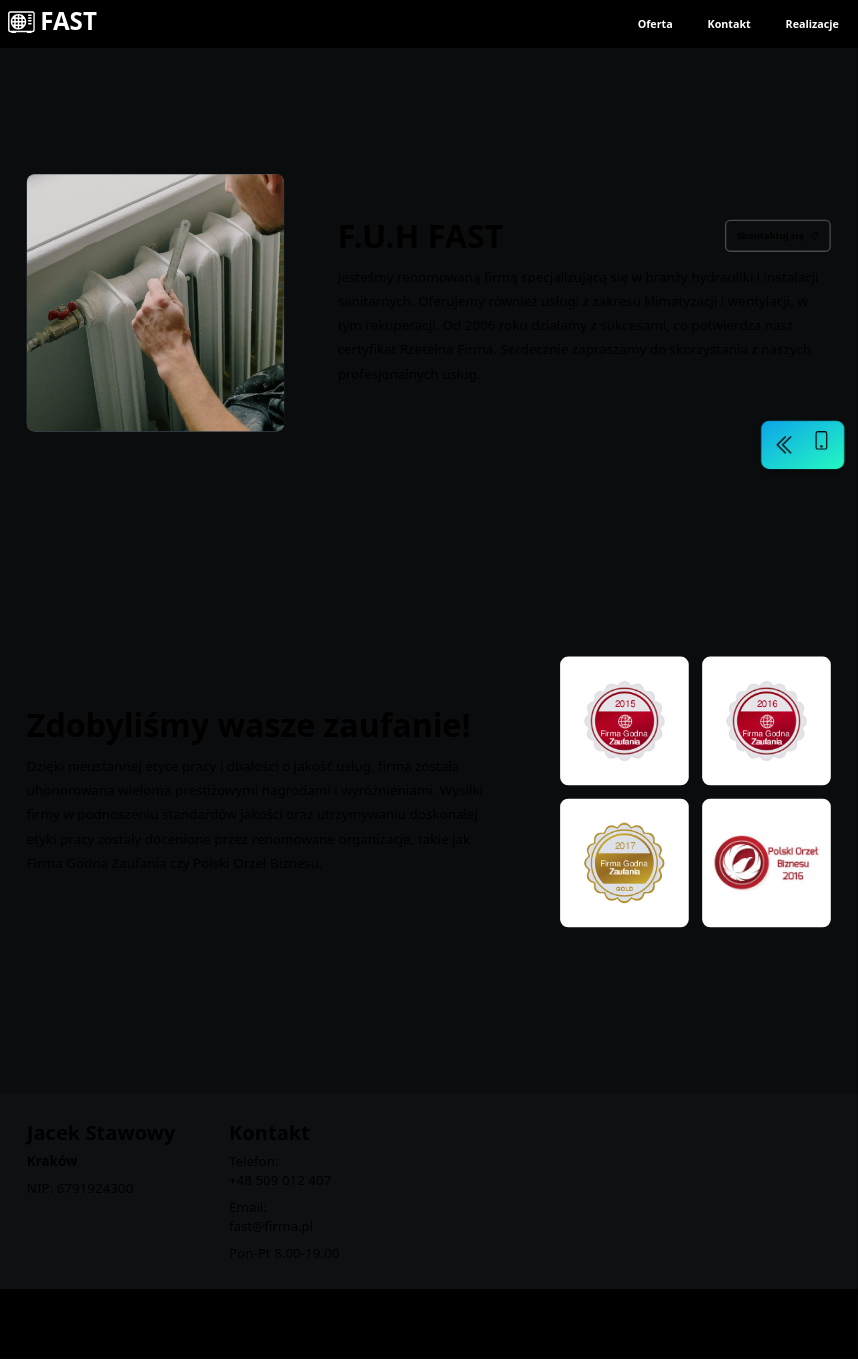
Repository: piotrokrutniak/Fast-CompanyWebsite
Page: /
The author's editor kept a copy of each file at every save. The page is drawn from the files as they stood at one save, then again after a run of saves.
The browser window is 1280 px wide. The pictures show the whole page, at 67% of full size.
The project was rebuilt for these pictures with package versions that can differ from the ones it lists, and the page was loaded fresh each time. The framework's server and built-in components were replaced by stand-ins that run in the browser. Also part of the build but not shown: next.config.js, src/app/components/common/carousel.js.

Above is the page before, as saved 2023-10-22 11:44:12.

### src/app/layout.js
import FootBar from './components/footbar/footbar'
import Navbar from './components/navbar/navbar'
import QuickContact from './components/quickContact'
import './globals.css'
import { Inter } from 'next/font/google'

const inter = Inter({ subsets: ['latin'] })

export const metadata = {
  title: 'Fast - Klimatyzacje Kraków',
  description: 'F.U.H. Fast Jacek Stawowy - Klimatyzacje',
}

export default function RootLayout({ children }) {
  return (
    <html lang="pl" className="!scroll-smooth">
      <body className='bg-black min-w-mobile overflow-x-clip'>
        <div className='bg-slate-500/10 min-h-screen relative'>
          <Navbar/>
          {children}
          <QuickContact/>
          <FootBar/>
        </div>
      </body>
    </html>
  )
}

### src/app/page.js
import Image from 'next/image'
import CarouselComponent from './components/common/carousel';
import ButtonBase from './components/common/buttonBase';
import {BsSend} from "react-icons/bs"
import award2015 from "./media/img/2015.png"
import award2016 from "./media/img/2016.png"
import award2017 from "./media/img/2017gold.png"
import award2016orzel from "./media/img/pob.jpg"
import ac1 from "./media/img/air-conditioning-2.jpg"
import ac2 from "./media/img/heat-pump-2.jpg"
import ac3 from "./media/img/heating-2.jpg"
import Link from 'next/link';
import { CarouselSlider } from './components/common/carouselSlider';


export default function Home() {

  const slides = [
    {img: ac1, desc:"Klimatyzacje"},
    {img: ac2, desc:"Pompy ciepła"},
    {img: ac3, desc:"Instalacje grzewcze"}
  ]

  return (
    <>
    <CarouselSlider slides={slides}/>
    <main className="min-h-screen">
      <div className="z-10 w-full items-center justify-between text-sm lg:flex p-10 max-xs:p-5">
        <div className='max-w-7xl m-auto flex gap-20 py-10 sm:py-32 align-middle h-full max-md:flex-col-reverse max-lg:gap-10'>
          <div className='w-96 h-96 shrink-0 bg-slate-500 rounded-xl relative self-center max-md:w-full overflow-clip'>
            <Image src={ac3} layout='fill' objectFit='cover'/>
          </div>
          <div className='relative self-center'>
            <div className='flex justify-between gap-5 max-lg:flex-col mb-5'>
              <h1 className='text-5xl font-semibold max-sm:text-3xl'>F.U.H FAST</h1>
              <Link href={"/kontakt"}>
                <ButtonBase text="Skontaktuj się" color="black" icon={<BsSend/>} className="px-2 h-12 border-solid border-2 border-white/25 hover:border-white w-fit"/>
              </Link>
            </div>
            <h2 className='text-xl font-thin leading-9 max-sm:text-lg'>Jesteśmy renomowaną firmą specjalizującą się w branży hydrauliki i instalacji sanitarnych. Oferujemy również usługi z zakresu klimatyzacji i wentylacji, w tym rekuperacji. Od 2006 roku działamy z sukcesami, co potwierdza nasz certyfikat Rzetelna Firma. Serdecznie zapraszamy do skorzystania z naszych profesjonalnych usług.</h2>
          </div>
        </div>
      </div>

      <div className="z-10 w-full items-center justify-between text-sm lg:flex p-10 max-xs:p-5">
        <div className='max-w-7xl m-auto flex gap-20 py-10 sm:py-32 align-middle h-full max-md:flex-col max-lg:gap-10'>
          <div className='relative self-center'>
            <div className='flex justify-between max-lg:flex-col gap-5 mb-5'>
              <h1 className='text-5xl font-semibold max-sm:text-3xl'>Zdobyliśmy wasze zaufanie!</h1>
            </div>
            <h2 className='text-xl font-thin leading-9 max-sm:text-lg'>Dzięki nieustannej etyce pracy i dbałości o jakość usług, firma została uhonorowana wieloma prestiżowymi nagrodami i wyróżnieniami. Wysiłki firmy w podnoszeniu standardów jakości oraz utrzymywaniu doskonałej etyki pracy zostały docenione przez renomowane organizacje, takie jak Firma Godna Zaufania czy Polski Orzeł Biznesu.</h2>
          </div>
          <div className='flex self-center shrink-0 h-full max-md:pt-10 max-sm:pt-5'>
            <div className='grid grid-cols-2 gap-5 self-center'>
              <Link href="https://www.firmagodnazaufania.pl/about" target="_blank">
                <div className='w-48 h-48 shrink-0 bg-white rounded-xl relative items-center justify-center flex cursor-pointer max-sm:w-36 max-sm:h-36 p-4'>
                  <Image src={award2015} alt="Firma Godna Zaufania 2015" className='text-black' width={120} height={120}/>
                </div>
              </Link>
              <Link href="https://www.firmagodnazaufania.pl/about" target="_blank">
                <div className='w-48 h-48 shrink-0 bg-white rounded-xl relative items-center justify-center flex cursor-pointer max-sm:w-36 max-sm:h-36 p-4'>
                  <Image src={award2016} alt="Firma Godna Zaufania 2015" className='text-black' width={120} height={120}/>
                </div>
              </Link>
              <Link href="https://www.firmagodnazaufania.pl/about" target="_blank">
                <div className='w-48 h-48 shrink-0 bg-white rounded-xl relative items-center justify-center flex cursor-pointer max-sm:w-36 max-sm:h-36 p-4'>
                  <Image src={award2017} alt="Firma Godna Zaufania 2015" className='text-black' width={120} height={120}/>
                </div>
              </Link>
              <Link href="http://www.polskiorzelbiznesu.pl/" target="_blank">
                <div className='w-48 h-48 shrink-0 bg-white rounded-xl relative items-center justify-center flex cursor-pointer max-sm:w-36 max-sm:h-36 p-4'>
                  <Image src={award2016orzel} alt="Firma Godna Zaufania 2015" className='text-black' width={170} height={120}/>
                </div>
              </Link>
            </div>
          </div>
        </div>
      </div>

    </main>
    </>
  )
}

### src/app/components/footbar/footbar.js
import Link from "next/link";

export default function FootBar(){
    return(
        <footer className="bg-slate-500/5 mt-20">
            <div className="max-w-7xl w-full max-sm:px-5 p-10 flex gap-8 sm:gap-20 m-auto">
                <div className="flex flex-col gap-3">
                    <h1 className="font-bold text-2xl md:text-3xl">Jacek Stawowy</h1>
                    <h2 className="font-semibold text-xl">Kraków</h2>
                    <h2 className="font-thin text-xl">NIP: 6791924300</h2>
                </div>

                <div className="flex flex-col gap-3">
                    <h1 className="font-bold text-2xl md:text-3xl">Kontakt</h1>
                    <h2 className="font-thin text-xl">Telefon:
                    <Link href={"tel:+48 509 012 407"} className="cursor-pointer hover:text-emerald-200">
                        <p className="whitespace-nowrap">
                            +48 509 012 407
                        </p>
                    </Link>
                    </h2>
                    <h2 className="font-thin text-xl">Email:
                    <Link href={"email:fast@firma.pl"} className="cursor-pointer hover:text-emerald-200">
                        <p className="whitespace-nowrap">
                            fast@firma.pl
                        </p>
                    </Link>
                    </h2>
                    <h2 className="font-thin text-xl">Pon-Pt 8.00-19.00</h2>
                </div>
            </div>
            <div className="bg-black flex p-10 ">
                <div className="xs:m-auto w-fit">
                    © Piotr Okrutniak 2022
                </div>
            </div>
        </footer>
    )
}

### src/app/components/navbar/navbar.js
"use client";
import { useState } from "react";
import ButtonBase from "../common/buttonBase";
import AcLogo from "../icons/ac";
import {BsList, BsXLg} from "react-icons/bs";
import Link from "next/link";

export default function Navbar(){
    const [mobileOpen, setMobileOpen] = useState(false)

    return(
        <nav className="sticky bg-black top-0 w-full py-3 px-5 sm:px-3  z-50">
            <div className="flex justify-between mx-auto max-w-7xl h-auto align-middle">
                <Link href="/">
                    <div className="text-white text-4xl font-bold hover:cursor-pointer flex gap-2 align-middle
                        hover:text-emerald-200 hover:fill-emerald-200 fill-white active:opacity-90 transition-all">
                        <AcLogo className="h-10 w-10 top-px relative"/>
                        FAST
                    </div>
                </Link>
                <div className="align-middle gap-5 text-black transition-all ease-in hidden sm:flex">
                    <Link href="/oferta">
                        <ButtonBase text="Oferta" color="bg-transparent" className="hover:bg-slate-400/25 text-white"  onClick={() => setMobileOpen(false)}/>
                    </Link>
                    <Link href="/kontakt">
                        <ButtonBase text="Kontakt" color="bg-transparent" className="hover:bg-slate-400/25 text-white"  onClick={() => setMobileOpen(false)}/>
                    </Link>
                    <Link href="/realizacje">
                        <ButtonBase text="Realizacje" color="bg-transparent" className="hover:bg-slate-400/25 text-white"  onClick={() => setMobileOpen(false)}/>
                    </Link>
                </div>
                <div className=" sm:hidden flex">
                    <BsList className="h-12 w-12 cursor-pointer hover:fill-emerald-200 active:opacity-90" onClick={() => setMobileOpen(true)}/>
                </div>
            </div>

            <div className={`${mobileOpen ? "" : "translate-x-full"} absolute w-screen h-screen bg-black left-0 top-0 sm:hidden transition-all`}>
                <div id="mobile-header" className="flex p-3 cursor-pointer" onClick={() => setMobileOpen(false)}>
                    <BsXLg className="w-14 h-14 p-2 hover:fill-emerald-200 active:opacity-70 absolute right-4"/>
                </div>
                <div id="mobile-list" className="flex flex-col w-full gap-8 justify-center text-xl px-5 py-32">
                    <Link href="/kontakt" onClick={() => setMobileOpen(false)}>
                        <ButtonBase text="Kontakt" className="w-full py-6 px-10 bg-gradient-to-br hover:from-sky-500 hover:to-emerald-200 self-center" color="bg-slate-500/25"/>
                    </Link>
                    <Link href="/oferta" onClick={() => setMobileOpen(false)}>
                        <ButtonBase text="Oferta" className="w-full py-6 px-10 bg-gradient-to-br hover:from-sky-500 hover:to-emerald-200 self-center" color="bg-slate-500/25"/>
                    </Link>
                    <Link href="/realizacje" onClick={() => setMobileOpen(false)}>
                        <ButtonBase text="Realizacje" className="w-full py-6 px-10 bg-gradient-to-br hover:from-sky-500 hover:to-emerald-200 self-center" color="bg-slate-500/25"/>
                    </Link>
                    <Link href="/" onClick={() => setMobileOpen(false)}>
                        <ButtonBase text="Strona Główna" className="w-full py-6 px-10 bg-gradient-to-br hover:from-sky-500 hover:to-emerald-200 self-center" color="bg-slate-500/25"/>
                    </Link>
                </div>
                <div className="p-10 justify-self-center w-full text-center bottom-0 absolute">
                    © Piotr Okrutniak 2022
                </div>
            </div>
        </nav>
    )
}

### src/app/components/quickContact.js
"use client";

import Link from "next/link";
import { useState } from "react"
import {BsChevronDoubleRight, BsPhone} from "react-icons/bs"

export default function QuickContact(){
    const [folded, setFolded] = useState(true)

    function Transition(){
        setFolded((old) => !old)
    }

    return(
        <div className="bg-gradient-to-br from-sky-500 to-emerald-200 rounded-xl w-fit sm:p-5 p-3 text-base
            font-normal shadow-md shadow-black/50 fixed right-5 bottom-5 flex items-center gap-4 transition-all ease-in-out whitespace-nowrap">
            <BsChevronDoubleRight className={`${folded ? "rotate-180" : "rotate-0"} transition-all ease-in h-8 w-8 cursor-pointer active:opacity-60 select-none`}
                onClick={() => Transition()}/>
            <div className="flex gap-2">
                <p className={`${folded ? "w-0" : "w-72 max-sm:w-44"} overflow-hidden transition-all ease-in flex max-sm:flex-col`}><p>Skontaktuj się z nami:</p> <Link href={"tel:+48 509 012 407"} className="cursor-pointer">+48 509 012 407</Link></p>
                <BsPhone className="h-7 w-7 animate-bounce self-center"/>
            </div>
        </div>
    )
}

### src/app/globals.css
@import 'tailwindcss/base';
@import 'tailwindcss/components';
@import 'tailwindcss/utilities';

:root {

}

@media (prefers-color-scheme: dark) {
  :root {
    --foreground-rgb: 255, 255, 255;
    scroll-behavior: smooth;
  }
}

body {
  color: rgb(var(--foreground-rgb));
  background: linear-gradient(
      to bottom,
      transparent,
      rgb(var(--background-end-rgb))
    )
    rgb(var(--background-start-rgb));
}

@layer base {
  html {
    scroll-behavior: smooth;
  }
}

### src/app/components/common/buttonBase.js
export default function ButtonBase({...props}){
    return(
        <button className={`${props.className} ${props.color ?? "bg-sky-500"} py-3 px-4 rounded-lg font-semibold active:opacity-80 flex items-center gap-2 whitespace-nowrap transition-all`}
            onClick={props.onClick}>
            {props.text} {props.icon ?? ""}
        </button>
    )
}

### src/app/components/common/carouselSlider.js
"use client"
import Image from "next/image"
import { useEffect, useRef, useState } from "react"
import { BsChevronCompactLeft, BsChevronCompactRight } from "react-icons/bs"


export function CarouselSlider({slides}){
    const [activeIndex, setActiveIndex] = useState(0)

    function PrevSlide() {
      setActiveIndex(prevIndex => (prevIndex === 0 ? slides.length - 1 : prevIndex - 1))
    }

    function NextSlide() {
      setActiveIndex(prevIndex => (prevIndex === slides.length - 1 ? 0 : prevIndex + 1))
    }

    function GoToSlide(index) {
      setActiveIndex(index)
    }

    function useAutoSlide(intervalTime) {
      const intervalRef = useRef(null);

      function resetTimer() {
        clearInterval(intervalRef.current)
        startTimer()
      }

      function startTimer() {
        intervalRef.current = setInterval(() => {
          NextSlide();
        }, intervalTime)
      }

      useEffect(() => {
        startTimer()

        return () => {
          clearInterval(intervalRef.current)
        };
      }, []);

      useEffect(() => {
        resetTimer()
      }, [activeIndex])

      return resetTimer
    }

    const resetTimer = useAutoSlide(5000)

    return(
        <>
        <div className="w-full max-w-7xl relative mx-auto overflow-clip group">
        <div className={`absolute w-full max-w-7xl h-128 flex overflow-visible -translate-x-[${activeIndex * 100}%] transition-all`}>
            {slides.map((image, index) => <CarouselPanel image={image} key={index} index={index} />)}
        </div>
        <div className='flex w-full justify-between center top-0 h-full place-items-center absolute p-2'>
            <div className='bg-black/10 p-2 rounded-2xl sm:hidden group-hover:block hover:bg-black/20 active:scale-95'>
                <BsChevronCompactLeft color='white' className='w-10 z-10 h-10 cursor-pointer opacity-60 hover:opacity-100
                    transition-all active:scale-95' onClick={() => PrevSlide()}/>
            </div>
            <div className='bg-black/10 p-2 z-10 rounded-2xl sm:hidden group-hover:block hover:bg-black/20 active:scale-95'>
                <BsChevronCompactRight color='white' className='w-10 h-10 cursor-pointer opacity-60 hover:opacity-100
                       transition-all active:scale-95' onClick={() => NextSlide()}/>
            </div>
        </div>
        <div className='absolute bottom-12 px-8 z-20 max-sm:px-5'>
            <div className='font-bold text-5xl relative max-sm:text-4xl'>F.U.H. FAST</div>
            <div className='font-semibold text-2xl pt-2 relative max-sm:text-xl'>Jacek Stawowy</div>
            <div className='font-thin text-2xl relative max-sm:text-lg'>{slides[activeIndex].desc}</div>
        </div>
        </div>

        <div className='flex justify-center relative gap-2 -top-10 transition-all'>
            {slides.map((slide, index) => {
                return <div key={index} onClick={() => GoToSlide(index)}
                    className={`${index === activeIndex ? "bg-white scale-75" : ""} cursor-pointer w-5 h-5 border-solid border-2 border-white/80
                    rounded-full hover:scale-110`}/>
            })}
        </div>
        </>
    )
}

function CarouselPanel({image, index}){
    const offset = index * 100
    return (
        <div className={`w-full h-full absolute left-[${offset}%] `}>
            <Image src={image.img} alt={image.desc} layout='fill' objectFit='cover' className="h-full opacity-60"/>
        </div>
        )
}

### src/app/components/icons/ac.js
export default function AcLogo({...props}){
    return(
        <svg
            xmlns="http://www.w3.org/2000/svg"
            xmlSpace="preserve"
            width={800}
            height={800}
            viewBox="0 0 507.802 507.802"
            {...props}
        >
            <path d="M465.7 47.901H42.3c-23.3 0-42.3 18.9-42.3 42.3v313.3c0 23.3 19 42.3 42.3 42.3h16.1c0 7.8 6.3 14.1 14.1 14.1H139c7.8 0 14.1-6.3 14.1-14.1h201.6c0 7.8 6.3 14.1 14.1 14.1h66.5c7.8 0 14.1-6.3 14.1-14.1h16.1c23.3 0 42.3-19 42.3-42.3v-313.3c.2-23.4-18.8-42.3-42.1-42.3zm0 369.7H42.3c-7.8 0-14.1-6.3-14.1-14.1v-313.3c0-7.8 6.3-14.1 14.1-14.1h423.3c7.8 0 14.1 6.3 14.1 14.1v313.3h.1c0 7.8-6.3 14.1-14.1 14.1z" />
            <path d="M435.6 107.801H391c-7.8 0-14.1 6.3-14.1 14.1s6.3 14.1 14.1 14.1h44.6c7.8 0 14.1-6.3 14.1-14.1s-6.3-14.1-14.1-14.1zM435.6 161.601H391c-7.8 0-14.1 6.3-14.1 14.1s6.3 14.1 14.1 14.1h44.6c7.8 0 14.1-6.3 14.1-14.1s-6.3-14.1-14.1-14.1zM435.6 215.301H391c-7.8 0-14.1 6.3-14.1 14.1s6.3 14.1 14.1 14.1h44.6c7.8 0 14.1-6.3 14.1-14.1s-6.3-14.1-14.1-14.1zM435.6 269.101H391c-7.8 0-14.1 6.3-14.1 14.1s6.3 14.1 14.1 14.1h44.6c7.8 0 14.1-6.3 14.1-14.1s-6.3-14.1-14.1-14.1zM198.3 99.701c-81.1 0-147.1 66-147.1 147.1s66 147.1 147.1 147.1 147.1-66 147.1-147.1-66-147.1-147.1-147.1zm-80.9 233.9c-2-1.9-3.9-3.8-5.8-5.8h5.8v5.8zm0-34H92c-5.9-11.9-10-24.9-11.6-38.6h37v38.6zm0-66.9h-37c1.6-13.7 5.6-26.7 11.6-38.6h25.4v38.6zm0-66.8h-5.8c1.9-2 3.8-3.9 5.8-5.8v5.8zm66.8 198.9c-13.7-1.6-26.7-5.7-38.6-11.6v-25.4h38.6v37zm0-65.2h-38.6v-38.6h38.6v38.6zm0-66.9h-38.6v-38.6h38.6v38.6zm0-66.8h-38.6v-25.4c11.9-5.9 24.9-10 38.6-11.6v37zm95.1-5.8c2 1.9 3.9 3.8 5.8 5.8h-5.8v-5.8zm0 34h25.4c5.9 11.9 10 24.9 11.6 38.6h-37v-38.6zm-28.2 159.1c-11.9 5.9-24.9 10-38.6 11.6v-37h38.6v25.4zm0-53.6h-38.6v-38.6h38.6v38.6zm0-66.9h-38.6v-38.6h38.6v38.6zm0-66.8h-38.6v-37c13.7 1.6 26.7 5.7 38.6 11.6v25.4zm28.2 167.7v-5.8h5.8c-1.9 2-3.8 4-5.8 5.8zm0-34v-38.6h37c-1.6 13.7-5.7 26.7-11.6 38.6h-25.4z" />
        </svg>
    )
}

### tailwind.config.js
/** @type {import('tailwindcss').Config} */
module.exports = {
  content: [
    './src/pages/**/*.{js,ts,jsx,tsx,mdx}',
    './src/components/**/*.{js,ts,jsx,tsx,mdx}',
    './src/app/**/*.{js,ts,jsx,tsx,mdx}',
  ],
  theme: {
    extend: {
      backgroundImage: {
        'gradient-radial': 'radial-gradient(var(--tw-gradient-stops))',
        'gradient-conic':
          'conic-gradient(from 180deg at 50% 50%, var(--tw-gradient-stops))',
      },
      height:{
        'screen-1/2': '50vh',
        'screen-1/4': '25vh',
        'screen-3/4': '75vh',
        'screen-3/5': '60vh',
        'screen-2/3': '66vh',
        'screen-1/3': '33vh',
        '112': '28rem',
        '128': '32rem',
      },
      minHeight:{
        'screen-1/2': '50vh',
        'screen-1/4': '25vh',
        'screen-3/4': '75vh',
        'screen-2/3': '66vh',
        'screen-1/3': '33vh',
        '112': '28rem',
        '128': '32rem',
      },
      width:{
        '112': '28rem',
        '128': '32rem',
      },
      colors:{
        "emerald":{
          "50": "#b0fde8",
          "100": "#60FBD2",
          "200": "#24F9C1",
          "400": "#06EFB1",
          "500": "#06d6a0",
        }
      },
      minWidth:{
        'mobile': '360px',
        '54': '258px',
      },
      screens:{
        'xs': '580px',
        '850': '850px',
      },
    },
  },
  plugins: [],
}

After the next 2 saves:
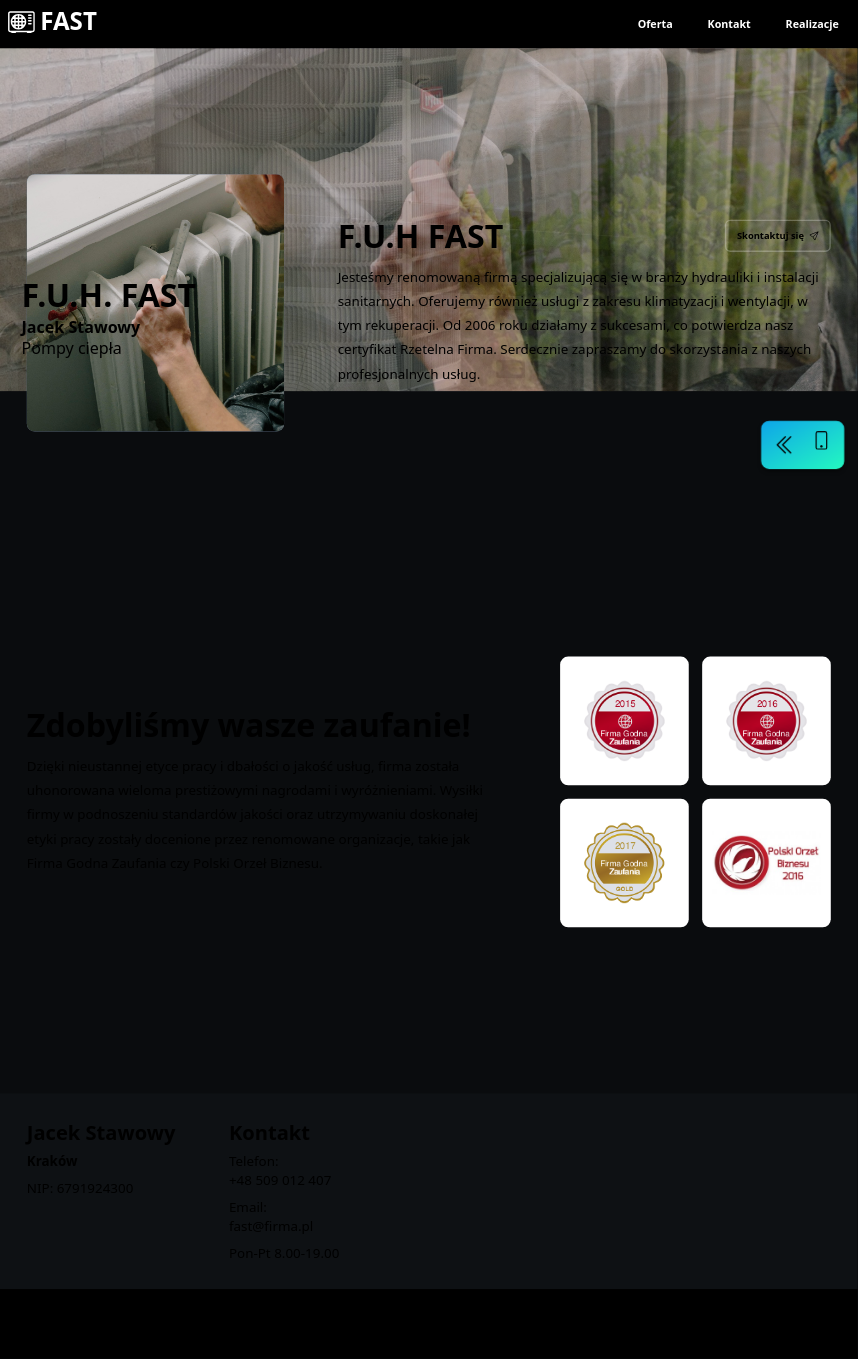
The 2 saves are shown as one change because they came seconds apart.
The last was saved 8 s later.
--- a/src/app/components/common/carouselSlider.js
+++ b/src/app/components/common/carouselSlider.js
@@ -52,8 +52,8 @@ export function CarouselSlider({slides}){
 
     return(
         <>
-        <div className="w-full max-w-7xl relative mx-auto overflow-clip group">
-        <div className={`absolute w-full max-w-7xl h-128 flex overflow-visible -translate-x-[${activeIndex * 100}%] transition-all`}>
+        <div className="w-full max-w-7xl absolute mx-auto overflow-clip group">
+        <div className={`relative w-full max-w-7xl h-128 flex overflow-visible -translate-x-[${activeIndex * 100}%] transition-all`}>
             {slides.map((image, index) => <CarouselPanel image={image} key={index} index={index} />)}
         </div>
         <div className='flex w-full justify-between center top-0 h-full place-items-center absolute p-2'>
